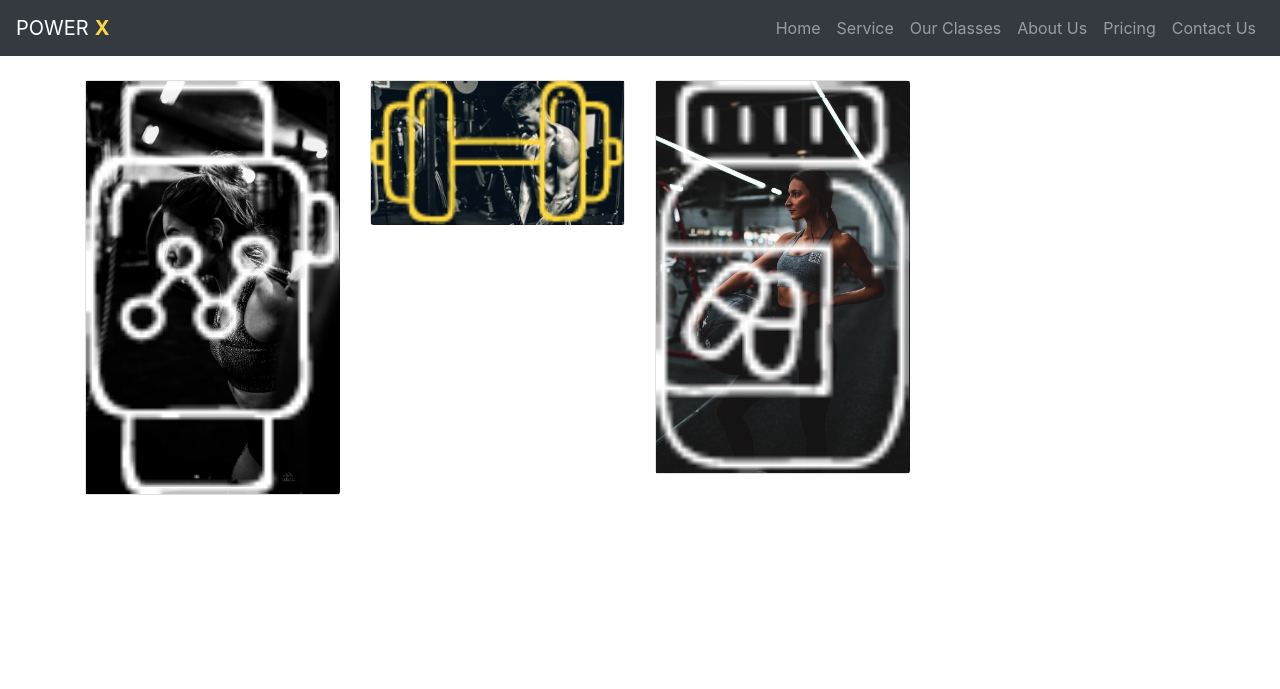
Repository: arif286/power-x-gym
Page: /
The author's editor kept a copy of each file at every save. The page is drawn from the files as they stood at one save, then again after the next save.
The browser window is 1280 px wide. The pictures show the whole page.
The project was rebuilt for these pictures with package versions that can differ from the ones it lists, and the page was loaded fresh each time.

Above is the page before, as saved 2021-04-06 18:47:05.

After the next save:
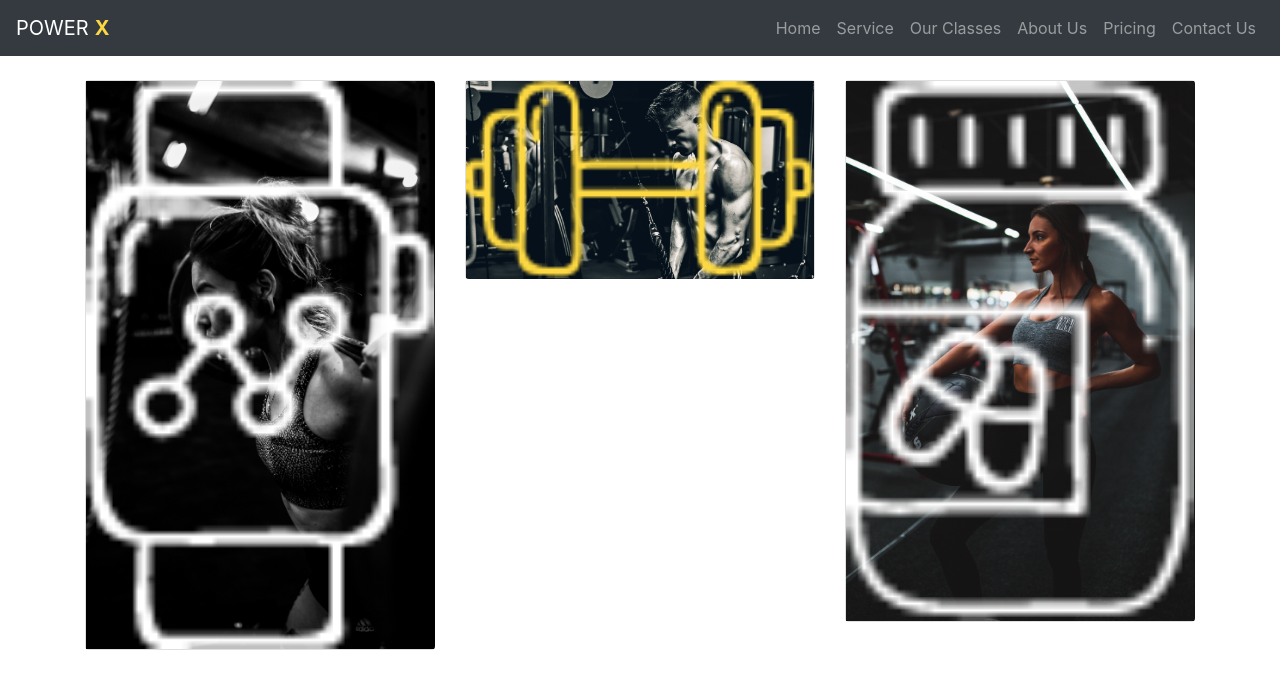
Saved 6 min 14 s later.
--- a/src/components/WorkOut/WorkOut.js
+++ b/src/components/WorkOut/WorkOut.js
@@ -9,18 +9,18 @@ const WorkOut = () => {
   return (
     <>
       <Container>
-        <Row>
-          <Col sm={3} xs={12}>
+        <Row className='row-cols-1 row-cols-md-3 g-4'>
+          <Col>
             <Card className="hard-work work-card">
               <img src={watch} alt="" />
             </Card>
           </Col>
-          <Col sm={3} xs={12}>
+          <Col>
             <Card className="work-out work-card">
               <img src={dumble} alt="" />
             </Card>
           </Col>
-          <Col sm={3} xs={12}>
+          <Col>
             <Card className="nutrition work-card">
               <img src={box} alt="" />
             </Card>
